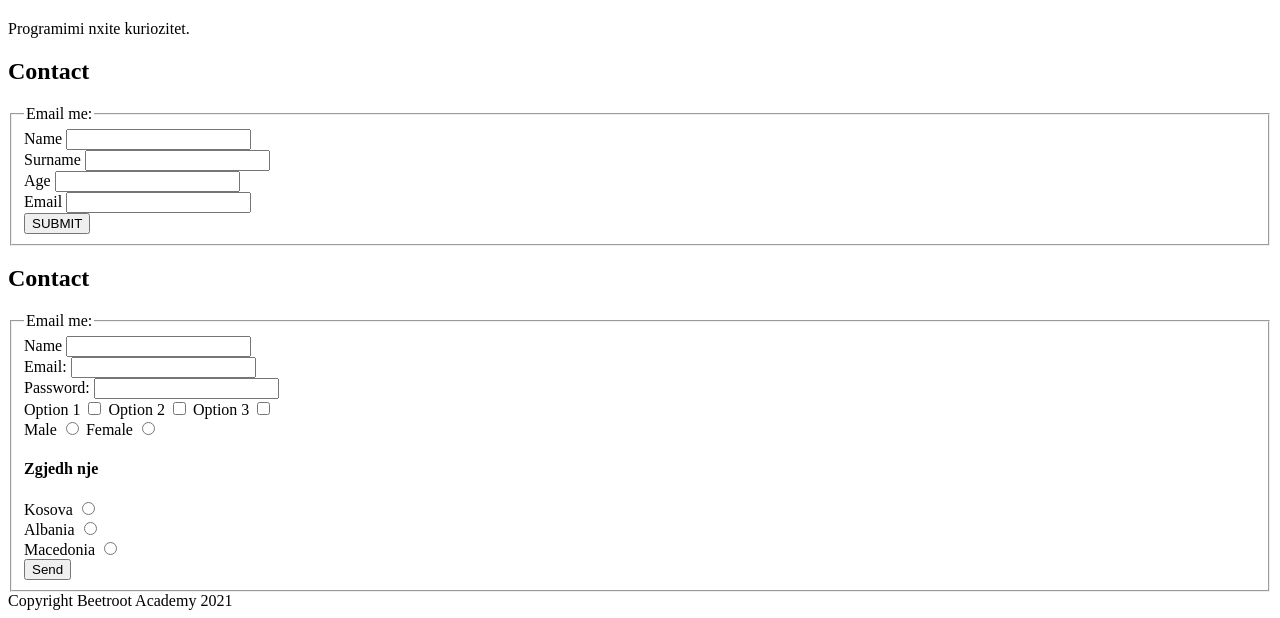
Repository: lendk/beetroot-fe-g1
Page: 02/index.html
The author's editor kept a copy of each file at every save. The page is drawn from the files as they stood at one save, then again after the next save.
The browser window is 1280 px wide. The pictures show the part of the page from y = 1471 to 2089 px (the page is 2089 px tall before and 1970 px after).

Above is the page before, as saved 2021-01-16 10:59:30.

### 02/index.html
<!DOCTYPE html>

<html>

<head>
  <title>Ligjerata 2/3 Html5</title>
</head>

<body>
  <header id="main-header">
    <h1>Profili im</h1>
    <nav>
      <ul>
        <li><a href="#ditari">Ditari</a></li>
        <li><a href="#hobbies">Hobbies</a></li>
        <li><a href="#contact">Contact</a></li>
      </ul>
    </nav>
  </header>
  <main class="main-content main-content-home">
    <section id="ditari">
      <h2>Ditari i notave</h2>
      <table>
        <thead>
          <tr>
            <th>Notat Homework</th>
            <th>Notat e testeve</th>
          </tr>
        </thead>
        <tbody>
          <tr>
            <td>100</td>
            <td>100</td>
          </tr>
        </tbody>
        <tfoot>
          <td>Totali pikve: 100</td>
          <td>Totali pikve: 100</td>
        </tfoot>
      </table>
    </section>
    <section id="hobbies">
      <h2>Hobit e mi</h2>
      <article>
        <a href="#">
          <h3>Dizajni Grafik</h3>
          <img src="https://ultimaxdesigns.com/wp-content/uploads/2020/07/h5J594mu7Wh2NG4cYEyesj-1200-80.png" alt="adobe suite" width="550" height="300">
          <p>Permes programeve te ndryshme te Adobe, une mund ta shpreh kreativitetin.</p>
        </a>
      </article>
      <article>
        <h3>Vrapimi</h3>
        <img src="https://www.sciencemag.org/sites/default/files/styles/article_main_large/public/1036780592-1280x720.jpg?itok=QykjHcAC" alt="running" width="550" height="300">
        <p>Vrapimi eshte aktivitet i mire per trupin si dhe per mendjen.</p>
      </article>
      <article>
        <h3>Programimi</h3>
        <img src="https://miro.medium.com/max/12032/0*Fu_vcP7P_uHF1Szk" alt="programming" width="550" height="300">
        <p>Programimi nxite kuriozitet.</p>
      </article>
    </section>
    <section id="contact">
      <h2>Contact</h2>
      <form>
        <fieldset>
          <legend>Email me:</legend>
          <label for="name-input">Name</label>
          <input type="text" id="name-input" /></br>
          <label for="surname-input">Surname</label>
          <input type="number" id="age-input" /></br>
          <label for="age-input">Age</label>
          <input type="email" id="name-input" /></br>
          <label for="email-input">Email</label>
          <input type="email" id="email-input" /></br>
          <input type="submit" value="SUBMIT" />
        </fieldset>
        </fieldset>
      </form>
    </section>
    <section id="contact2">
      <h2>Contact</h2>
      <form action="">
        <fieldset>
          <legend>Email me:</legend>
          <label for="nameInput">Name</label>
          <input type="text" id="nameInput">
          <br>
          <label for="inputEmail">Email: </label>
          <input type="email" id="inputEmail">
          <br>
          <label for="inputPassword">Password: </label>
          <input type="password" id="inputPassword">
          <br>
          <label for="option1">Option 1</label>
          <input type="checkbox" id="option1">
          <label for="option2">Option 2</label>
          <input type="checkbox" id="option2">
          <label for="option3">Option 3</label>
          <input type="checkbox" id="option3">
          <br>
          <label for="inputMale">Male</label>
          <input type="radio" id="inputMale" name="gender">
          <label for="inputFemale">Female</label>
          <input type="radio" id="inputFemale" name="gender">

          <h4>Zgjedh nje</h4>

          <label for="kosova">Kosova</label>
          <input type="radio" id="kosova" name="shteti">
          <br>
          <label for="albania">Albania</label>
          <input type="radio" id="albania" name="shteti">
          <br>
          <label for="macedonia">Macedonia</label>
          <input type="radio" id="macedonia" name="shteti">
          <br>
          <input type="submit" value="Send">
        </fieldset>
      </form>
    </section>
  </main>
  <footer>
    <span>Copyright Beetroot Academy 2021</span>
  </footer>

</body>

</html>

After the next save:
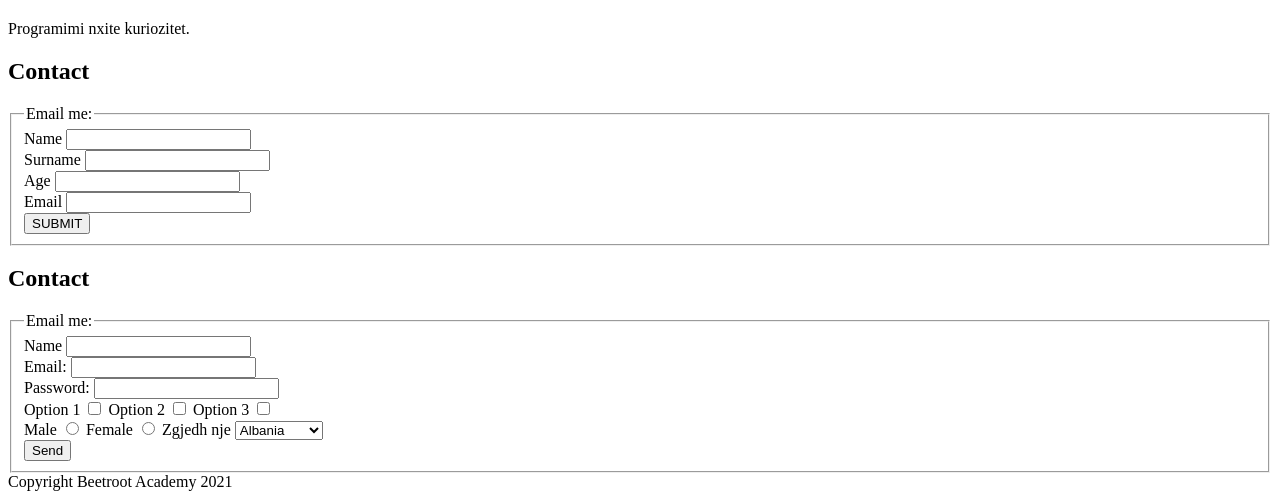
Saved 87 s later.
--- a/02/index.html
+++ b/02/index.html
@@ -103,16 +103,14 @@
           <label for="inputFemale">Female</label>
           <input type="radio" id="inputFemale" name="gender">
 
-          <h4>Zgjedh nje</h4>
+          <label for="shteti">Zgjedh nje</label>
 
-          <label for="kosova">Kosova</label>
-          <input type="radio" id="kosova" name="shteti">
-          <br>
-          <label for="albania">Albania</label>
-          <input type="radio" id="albania" name="shteti">
-          <br>
-          <label for="macedonia">Macedonia</label>
-          <input type="radio" id="macedonia" name="shteti">
+          <select name="" id="shteti">
+            <option value="al">Albania</option>
+            <option value="xk">Kosovo</option>
+            <option value="mk">Macedonia</option>
+          </select>
+
           <br>
           <input type="submit" value="Send">
         </fieldset>
